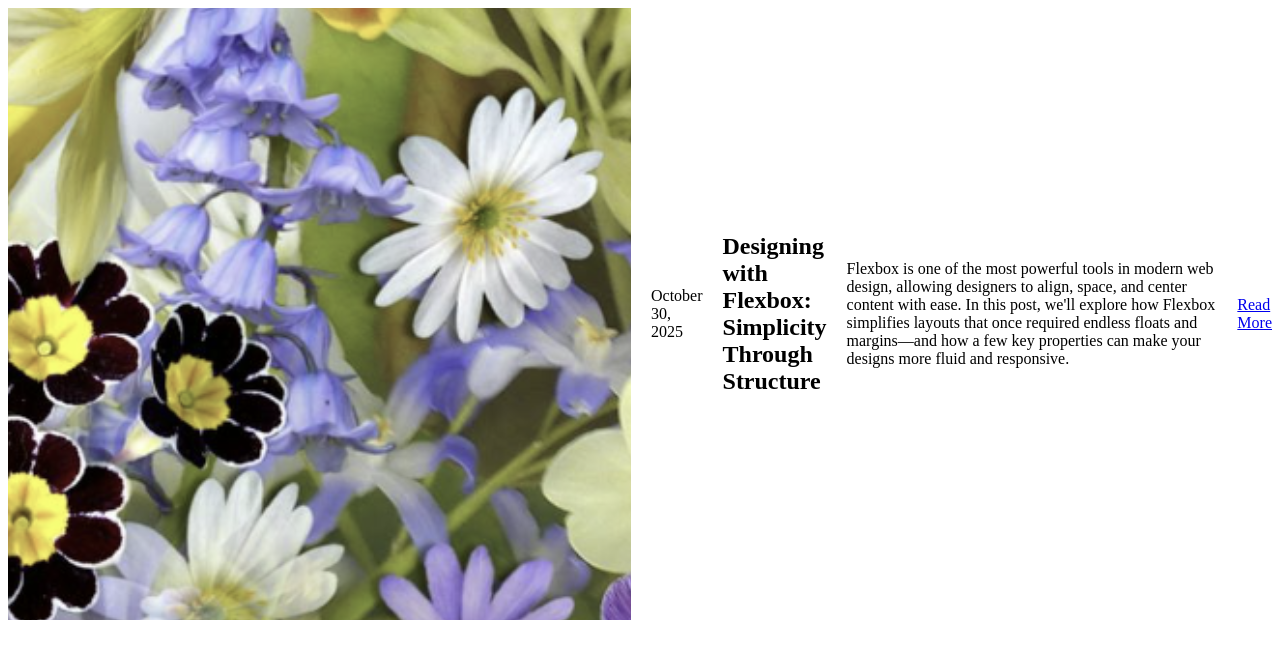
Repository: Brittany-Westlund/WebDesign
Page: Assignment4/flexbox.html
These files come from the project's save history. The page is drawn as it stood at one moment and after the next save; the edit follows.
The browser window is 1280 px wide. The pictures show the whole page.

Above is the page before, as saved 2025-10-30 17:00:06.

### Assignment4/flexbox.html
<!DOCTYPE html>
<html lang="en">
<head>
    <meta charset="UTF-8">
    <title>Flexbox Layout</title>
    <link rel="stylesheet" href="style/style.css">
</head>

<body>

<div class="blog-preview">

    <img src="images/wildflowers-square.png" alt="A closeup of wildflowers.">

    <p class="date">October 30, 2025</p>

    <h2 class="post-title">Designing with Flexbox: Simplicity Through Structure</h2>

    <p class="post-preview">
    Flexbox is one of the most powerful tools in modern web design, allowing designers to align, space, and center content
    with ease. In this post, we'll explore how Flexbox simplifies layouts that once required endless floats and margins—and
    how a few key properties can make your designs more fluid and responsive.
    </p>

<a href="blog-post.html" class="read-more">Read More</a>
</div>










</body>
</html>

### Assignment4/style/style.css
.blog-preview {
  display: flex; /* activates Flexbox */
  flex-direction: row; /* aligns items in a row (default, but explicit is good) */
  align-items: center; /* vertically centers items within the row */
  gap: 20px; /* adds space between items */
}

.blog-text {
  display: flex;
  flex-direction: column; /* stacks each text element vertically */
  gap: 10px; /* adds consistent space between elements */
}


.date { }



.post-title { }



.post-preview { }



.read-more { }

After the next save:
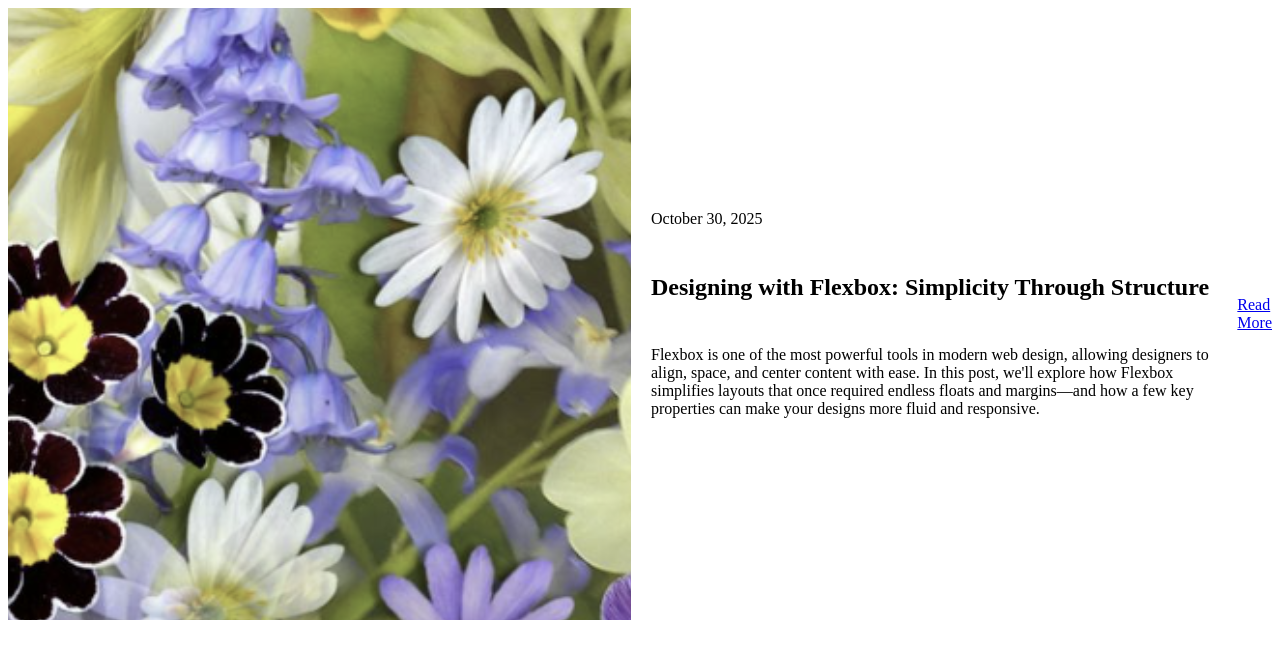
Saved 11 min 26 s later.
--- a/Assignment4/flexbox.html
+++ b/Assignment4/flexbox.html
@@ -12,15 +12,17 @@
 
     <img src="images/wildflowers-square.png" alt="A closeup of wildflowers.">
 
-    <p class="date">October 30, 2025</p>
+    <div class="blog-text">
+        <p class="date">October 30, 2025</p>
 
-    <h2 class="post-title">Designing with Flexbox: Simplicity Through Structure</h2>
+        <h2 class="post-title">Designing with Flexbox: Simplicity Through Structure</h2>
 
-    <p class="post-preview">
-    Flexbox is one of the most powerful tools in modern web design, allowing designers to align, space, and center content
-    with ease. In this post, we'll explore how Flexbox simplifies layouts that once required endless floats and margins—and
-    how a few key properties can make your designs more fluid and responsive.
-    </p>
+        <p class="post-preview">
+        Flexbox is one of the most powerful tools in modern web design, allowing designers to align, space, and center content
+        with ease. In this post, we'll explore how Flexbox simplifies layouts that once required endless floats and margins—and
+        how a few key properties can make your designs more fluid and responsive.
+        </p>
+    </div>
 
 <a href="blog-post.html" class="read-more">Read More</a>
 </div>
